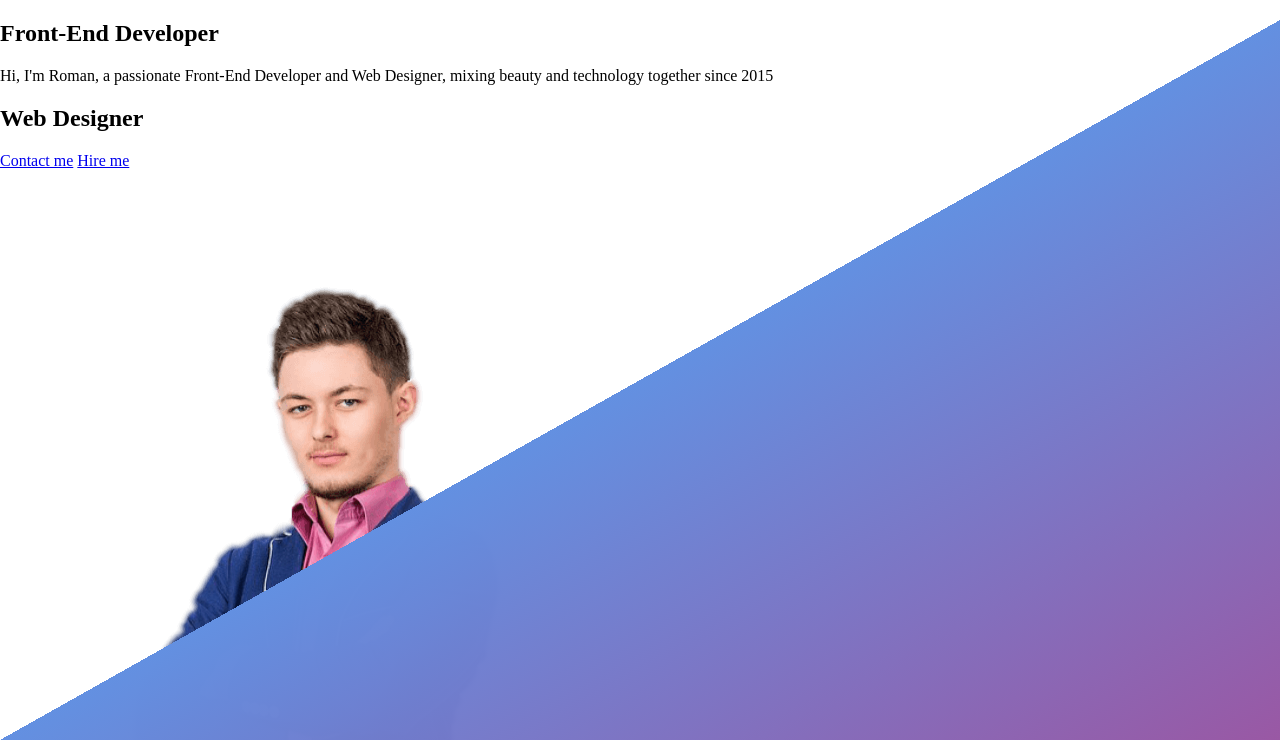
Repository: RShalman/rshalman.github.io
Page: index.html
The author's editor kept a copy of each file at every save. The page is drawn from the files as they stood at one save, then again after the next save.
The browser window is 1280 px wide. The pictures show the whole page.

Above is the page before, as saved 2018-10-18 17:15:46.

### index.html
<!DOCTYPE html>
<html>
<head>
    <meta charset="utf-8" />
    <meta http-equiv="X-UA-Compatible" content="IE=edge">
    <title>Roman Shalman - Front-End Developer</title>
    <meta name="description" content="I'm Roman Shalman, Front-End Developer and web-designer">
    <meta name="viewport" content="width=device-width, initial-scale=1">
    <link rel="stylesheet" type="text/css" media="screen" href="css/main.css" />
    <script src="js/main.js"></script>
</head>
<body>
    <main>
        <section id="intro">
            <h1 id="title">Front-End Developer</h1>
            <p id="description">Hi, I'm Roman, a passionate Front-End Developer and Web Designer, mixing beauty and technology together since 2015</p>
            <h2 id="second-prof">Web Designer</h2>
            <a href="mailto:romanshalman@gmail.com" class="my_btn">Contact me</a>
            <a href="#contacts" class="my_btn">Hire me</a>
        </section>
    </main>
</body>
</html>

### css/main.css



/* ----------------------- GENERAL SETTINGS ----------------------- */
:root {
    --main-bg-gradient: linear-gradient(to right, rgba(99,144,225,1),rgba(148,79,159,.95));
}

body, main {
    margin: 0;
}

section {
    min-height: 100vh;
}


/* ----------------------- INTRO SECTION ----------------------- */
/* Settings for intro section container */
#intro {
    background: linear-gradient(to right bottom,transparent 50%, rgba(99,144,225,1) 0%,rgba(148,79,159,.95)), url("../img/shalman-photo.png") 10vw 37vh no-repeat;
}

Loaded but not shown: js/main.js (no stored copy; drawn as an empty file)

After the next save:
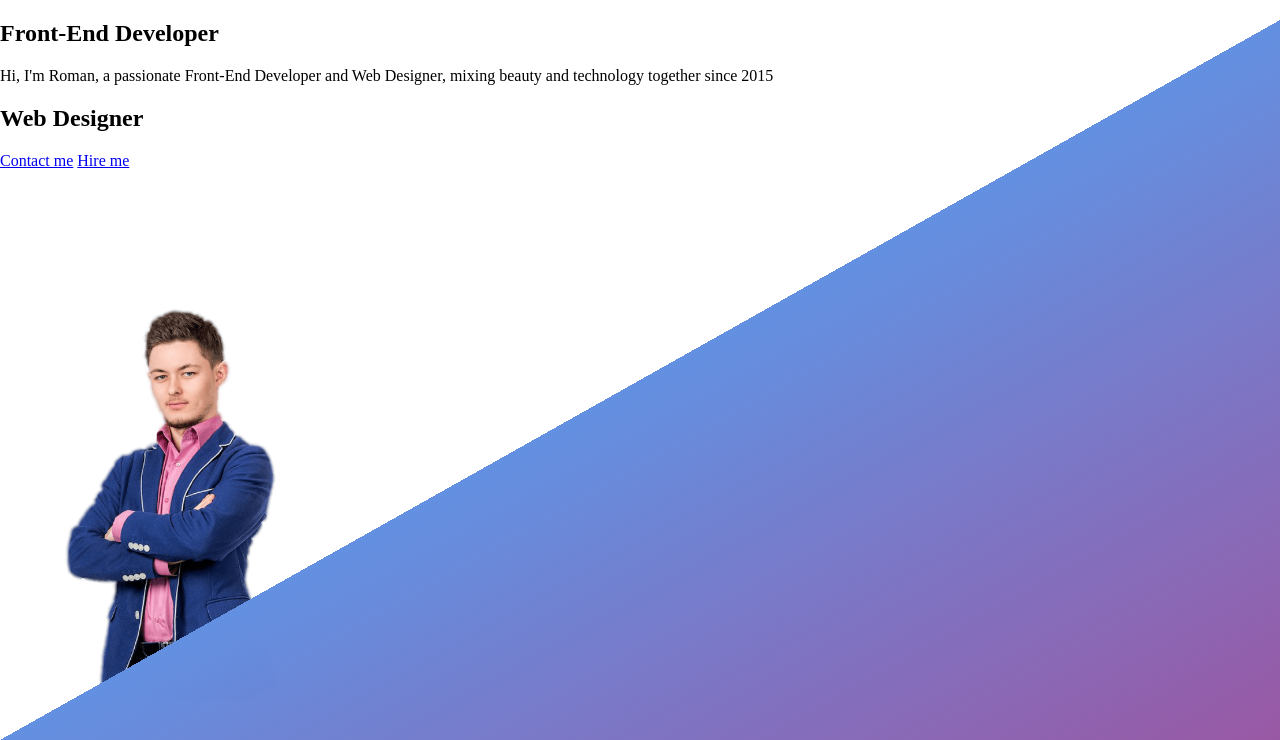
Saved 7 min 13 s later.
--- a/css/main.css
+++ b/css/main.css
@@ -18,5 +18,5 @@ section {
 /* ----------------------- INTRO SECTION ----------------------- */
 /* Settings for intro section container */
 #intro {
-    background: linear-gradient(to right bottom,transparent 50%, rgba(99,144,225,1) 0%,rgba(148,79,159,.95)), url("../img/shalman-photo.png") 10vw 37vh no-repeat;
+    background: linear-gradient(to right bottom,transparent 50%, rgba(99,144,225,1) 0%,rgba(148,79,159,.95)), url("../img/shalman-photo.png") 5vw 40vh/30vh no-repeat;
 }
